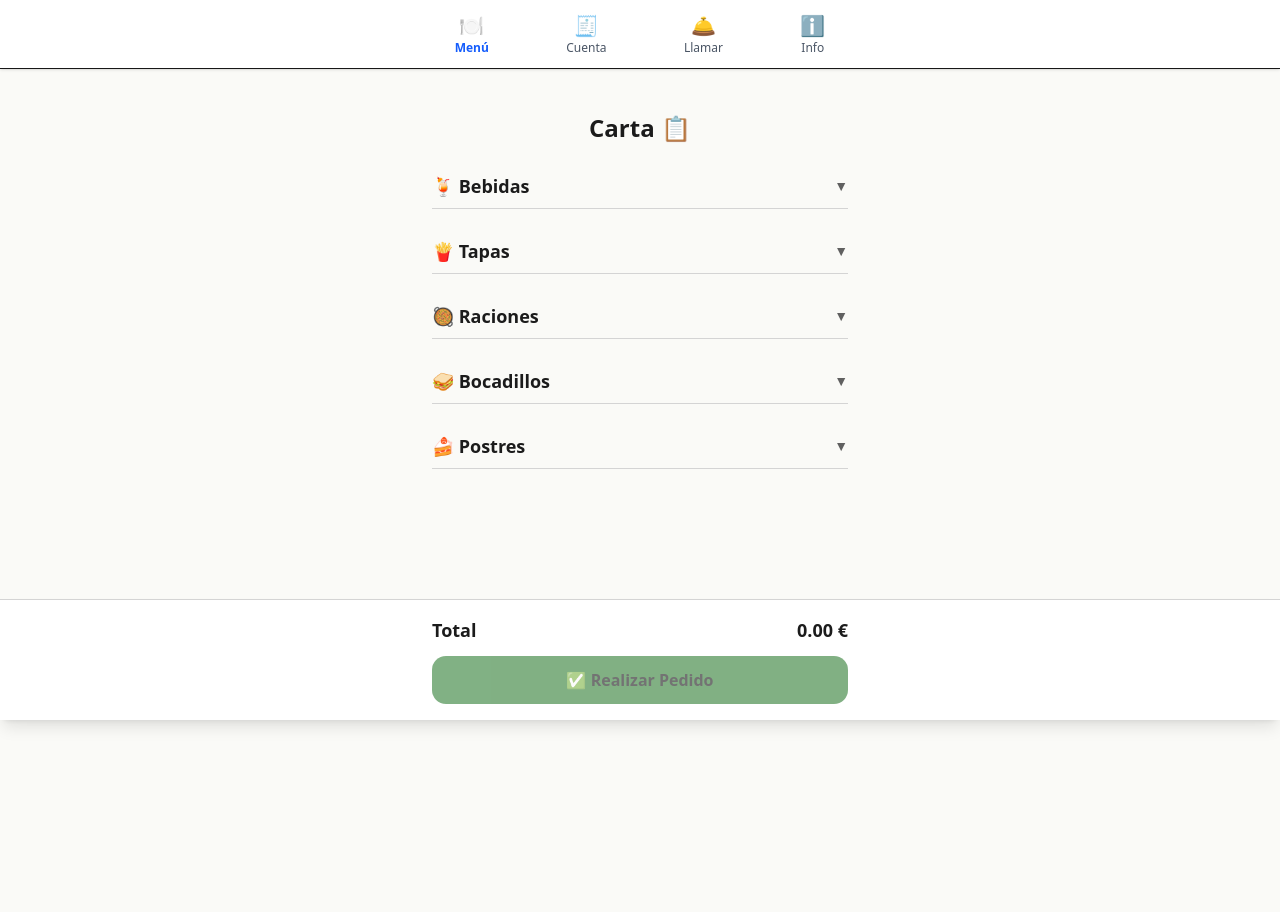
Repository: jrcardenas/sirvaapp
Page: /mesa/1/menu
The author's editor kept a copy of each file at every save. The page is drawn from the files as they stood at one save, then again after the next save.
The browser window is 1280 px wide. The pictures show the whole page.
The project was rebuilt for these pictures with package versions that can differ from the ones it lists, and the page was loaded fresh each time. The framework's server and built-in components were replaced by stand-ins that run in the browser. Also part of the build but not shown: next.config.ts.

Above is the page before, as saved 2025-11-02 22:07:03.

After the next save:
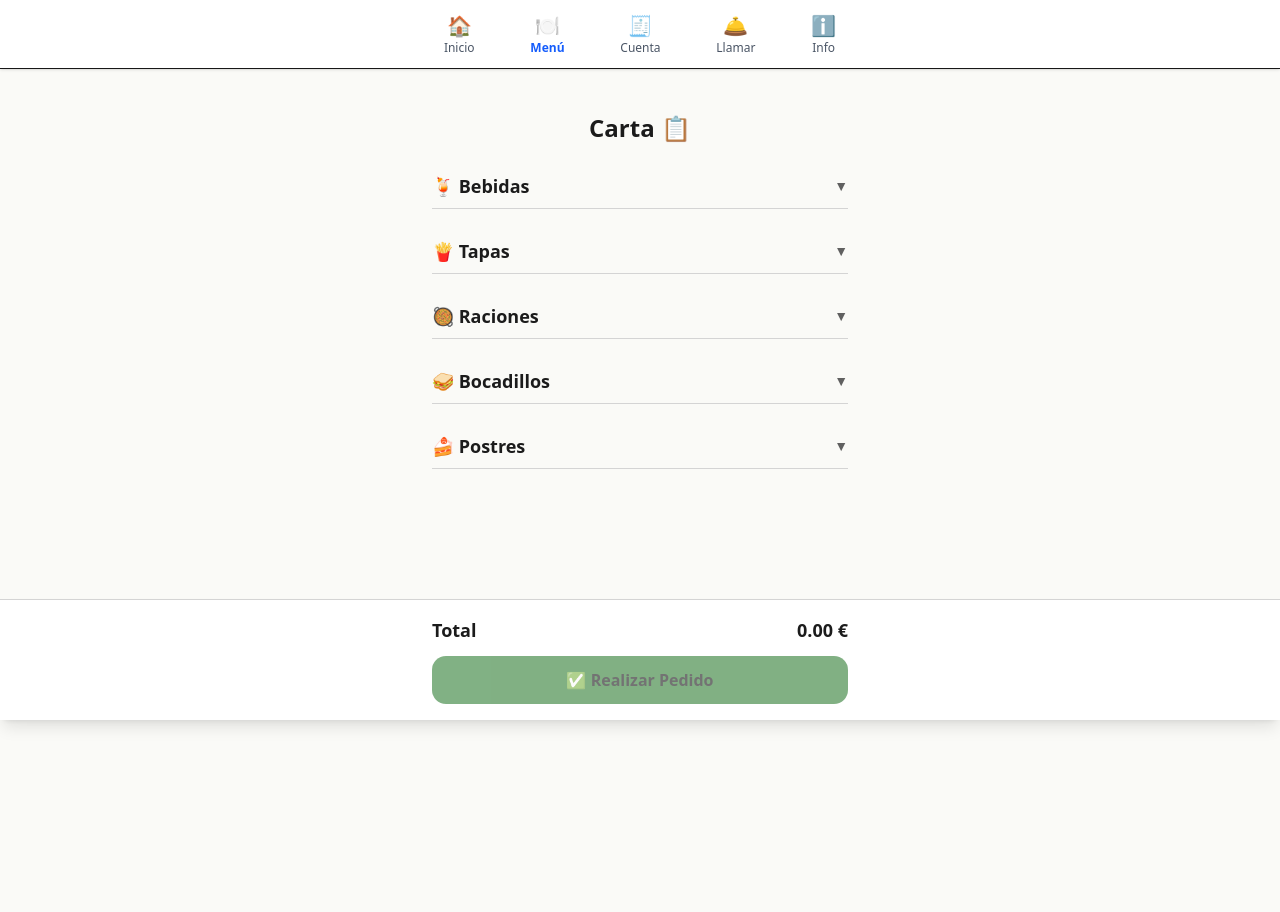
Saved 2 min 30 s later.
--- a/app/components/layout/Header.tsx
+++ b/app/components/layout/Header.tsx
@@ -8,49 +8,58 @@ export default function Header() {
   const params = useParams();
   const mesaId = params?.id;
 
-  // ✅ Si NO es una ruta con mesa → No mostrar Header
-  if (!pathname.startsWith("/mesa/")) return null;
-
   const navItems = [
+    {
+      href: "/",
+      label: "Inicio",
+      icon: "🏠",
+      visible: true,
+    },
     {
       href: mesaId ? `/mesa/${mesaId}/menu` : "/",
       label: "Menú",
       icon: "🍽️",
+      visible: !!mesaId,
     },
     {
       href: mesaId ? `/mesa/${mesaId}/cuenta` : "/",
       label: "Cuenta",
       icon: "🧾",
+      visible: !!mesaId,
     },
     {
       href: mesaId ? `/mesa/${mesaId}/llamar` : "/",
       label: "Llamar",
       icon: "🛎️",
+      visible: !!mesaId,
     },
     {
       href: mesaId ? `/mesa/${mesaId}/info` : "/",
       label: "Info",
       icon: "ℹ️",
+      visible: !!mesaId,
     },
   ];
 
   return (
     <header className="w-full py-3 bg-white border-b shadow-sm fixed top-0 z-50">
       <nav className="flex justify-around max-w-md mx-auto text-sm">
-        {navItems.map((item) => (
-          <Link
-            key={item.href + item.label}
-            href={item.href}
-            className={`flex flex-col items-center transition ${
-              pathname === item.href
-                ? "text-blue-600 font-bold"
-                : "text-gray-600"
-            }`}
-          >
-            <span className="text-xl">{item.icon}</span>
-            <span className="text-xs">{item.label}</span>
-          </Link>
-        ))}
+        {navItems
+          .filter((item) => item.visible)
+          .map((item) => (
+            <Link
+              key={item.href + item.label}
+              href={item.href}
+              className={`flex flex-col items-center transition ${
+                pathname === item.href
+                  ? "text-blue-600 font-bold"
+                  : "text-gray-600"
+              }`}
+            >
+              <span className="text-xl">{item.icon}</span>
+              <span className="text-xs">{item.label}</span>
+            </Link>
+          ))}
       </nav>
     </header>
   );
